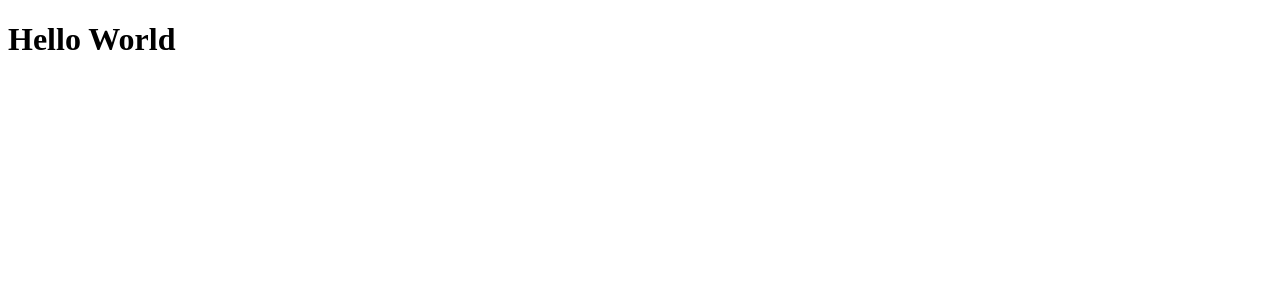
Repository: cedricRGT45/studentOclock
Page: S01-Ovitrine-J2-cedricRGT45/index.html
These files come from the project's save history. The page is drawn as it stood at one moment and after the next save; the edit follows.
The browser window is 1280 px wide. The pictures show the whole page.

Above is the page before, as saved 2024-03-27 21:32:59.

After the next save:
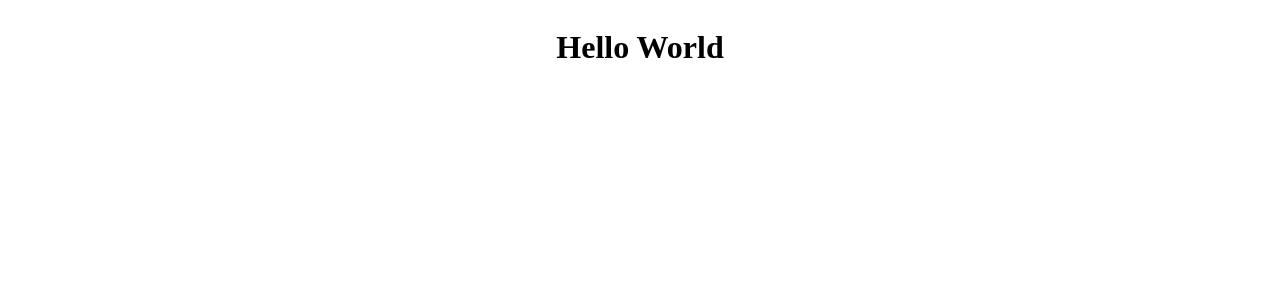
Saved 35 s later.
--- a/S01-Ovitrine-J2-cedricRGT45/script.js
+++ b/S01-Ovitrine-J2-cedricRGT45/script.js
@@ -1,4 +1,6 @@
 const container = document.createElement("div")
+container.style.display ="flex"
+container.style.justifyContent= "center"
 const helloWorld = document.createElement("h1")
 helloWorld.insertAdjacentText("beforeend", "Hello World")
 container.appendChild(helloWorld)
